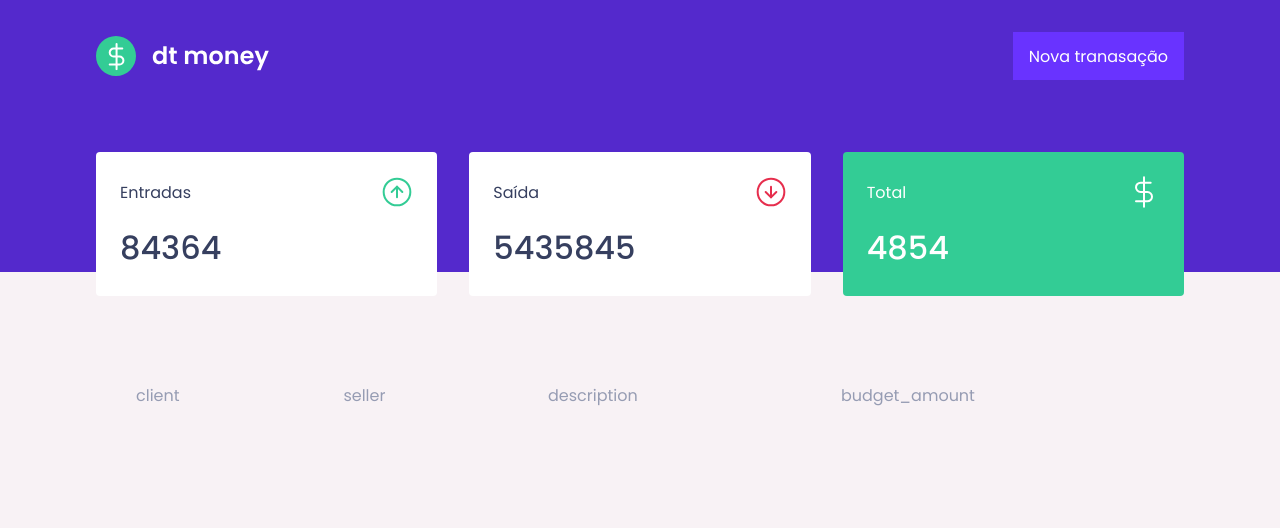
Repository: soualexandre/frentend-botOrcamentos
Page: /
An editor plug-in stored every save of this project. The page is shown before and after the next save, followed by the edit.
The browser window is 1280 px wide. The pictures show the whole page.
The page's requests for data from a server got no answer. The project was rebuilt for these pictures with package versions that can differ from the ones it lists, and the page was loaded fresh each time. No one was signed in, and anything a server would have sent is missing.

Above is the page before, as saved 2021-07-16 15:11:27.

### public/index.html
<!DOCTYPE html>
<html lang="en">
  <head>
    <link rel="preconnect" href="https://fonts.googleapis.com">
    <link rel="preconnect" href="https://fonts.gstatic.com" crossorigin>
    <meta charset="utf-8" />
    <meta name="viewport" content="width=device-width, initial-scale=1" />
    <link href="https://fonts.googleapis.com/css2?family=Poppins:wght@400;500;600&display=swap" rel="stylesheet">
    <link rel="stylesheet" href="favicon.png" type="image/png">
    <title>DtMoney</title>
  </head>
  <body>
    <noscript>You need to enable JavaScript to run this app.</noscript>
    <div id="root"></div>
  </body>
</html>

### src/App.tsx
import { Dashboard } from './components/Dashboard';
import { Header } from './components/Header';
import { GlobalStyle } from './styles/global'
import Modal from 'react-modal'
import { useState } from 'react';
import {NewTransactionModal} from './components/NewTransactionModal'
import { TransacticionsProvider } from './hooks/useTransactions';
Modal.setAppElement('#root');

export function App() {

  const [isNewTransactionModalOpen, setIsNewTransactionModalOpen] = useState(false);

  function hadleOpenNewTransactionModal() {
    setIsNewTransactionModalOpen(true)
  }
  function hadleCloseNewTransactionModal() {
    setIsNewTransactionModalOpen(false)
  }

  return (
    <TransacticionsProvider>
      <Header  onOpenNewTransactionModal={hadleOpenNewTransactionModal}/>
      <Dashboard />
      {/* <NewTransactionModal
      isOpen={isNewTransactionModalOpen}
      onRequestClose={hadleCloseNewTransactionModal}/> */}
      <GlobalStyle />
    </TransacticionsProvider>
  );
}

### src/components/Dashboard/index.tsx
import { Sumary } from "../Sumary";
import { TransactionsTable } from "../TransactionsTable";
import { Container } from "./styles";


export function Dashboard(){
    return(
       <Container>
          <Sumary/>
          <TransactionsTable/>
       </Container>
    );
}

### src/components/Header/index.tsx
import LogoImg from '../../assets/logo.svg'
import { Container, Content } from './styles'

interface HeaderProps{

    onOpenNewTransactionModal: () => void;
}


export function Header({onOpenNewTransactionModal} :HeaderProps ) {
    return (
        <Container>
            <Content>
                <img src={LogoImg} alt="dtMoney" />
                <button type="button" onClick={onOpenNewTransactionModal}>
                    Nova tranasação
                </button>
            </Content>
        </Container>
    );
}

### src/styles/global.ts
import { createGlobalStyle } from 'styled-components'


export const GlobalStyle = createGlobalStyle`

    :root{
        --background: #f8f2f5;

        --red: #e52e40;
        --blue: #5429cc;
        --green: #33cc95;
        --blue-light: #6933ff;

        --text-title: #363f5f;
        --text-body: #969cb3;

        --shape: #ffffff;

    }

    *{
        margin: 0;
        padding: 0;
        box-sizing: border-box;
    }
    html{
        @media (max-width: 1080px){
            font-size: 93.5%;
        }

    }

    body{
        background: var(--background);
        -webkit-font-smoothing: antialiased;
    }

    body, input, textarea, button{
        font-family: 'Poppins', sans-serif;
        font-weight: 400;
    }

    h1, h2, h3, h4, h5, h6, strong{
        font-weight: 600;
    }

    button{
        cursor: pointer;
    }
    [disable]{
        opacity: 0.6;
        cursor: not-allowed;
    }



    .react-modal-overlay{
        background: rgba(0, 0, 0, 0.3);
        position: fixed;
        top: 0;
        bottom: 0;
        right: 0;
        left: 0;

        display: flex;
        justify-content: center;
        align-items: center;
    }
    .react-modal-content{
        width: 100%;
        max-width: 576px;
        background: var(--background);
        padding: 3rem;
        position: relative;
        border-radius: 0.25rem;
    }
    .react-modal-close{
        position: absolute;
        right: 1.5rem;
        top: 1.5rem;
        border: 0;
        background: transparent;
        transition: filter 0.2s;
        &:hover{
            filter: brightness(0.8);
        }
    }
`;

### src/hooks/useTransactions.tsx
import {createContext, useEffect, useState, ReactNode, useContext} from 'react';
import { api } from "../services/api";


interface Transaction {
    id: number;
    client: string;
    seller: string;
    description: string;
    budget_amount: string;
}
interface TransactionsContextData{
    transactions: Transaction[];
    createTransaction: (transaction:TransactionInput) => Promise<void>;
}

type TransactionInput = Omit<Transaction, 'id' | 'createdAt'>;

interface TrabsactionsProviderProps{
    children: ReactNode;
}
 const TransactionsContext = createContext<TransactionsContextData>(
    {} as TransactionsContextData
    );


export function TransacticionsProvider({children} : TrabsactionsProviderProps){
    const [transactions, setTransactions] = useState<Transaction[]>([]);
    useEffect(() => {
        api.get('budget')
            .then(response => setTransactions(response.data))
    },[])
   async function createTransaction(transactionInput: TransactionInput){
      const response = await api.post('/transactions', {
        ...transactionInput,
        createdAt: new Date(),
    })

      const {transaction} = response.data;

      setTransactions([
          ...transactions,
          transaction,
      ])
    }

    return (
        <TransactionsContext.Provider value={{transactions, createTransaction}}>
            {children}
        </TransactionsContext.Provider>
    );
}

export function useTransactions(){
    const context = useContext(TransactionsContext);
    return context;
}

### src/components/Sumary/index.tsx
import { Container } from './styles'
import iconImg from '../../assets/income.svg'
import outcomeImg from '../../assets/outcome.svg'
import totalImg from '../../assets/total.svg'
import { useTransactions } from '../../hooks/useTransactions';

export function Sumary() {
    const { transactions } = useTransactions();



    return (
        <Container>
            <div>
                <header>
                    <p>Entradas</p>
                    <img src={iconImg} alt=" icon" />
                </header>
                <strong>
                 84364
                </strong>
            </div>
            <div>
                <header>
                    <p>Saída</p>
                    <img src={outcomeImg} alt="out icon" />
                </header>
                <strong >
                  5435845
                </strong>
            </div>
            <div className="highlightBackground">
                <header>
                    <p>Total</p>
                    <img src={totalImg} alt="Total icon" />
                </header>
                <strong>
                   4854
                </strong>
            </div>
        </Container >
    );
}

### src/components/transactionsTable/index.tsx
import { useTransactions } from "../../hooks/useTransactions";
import { Container } from './styles'


export function TransactionsTable() {
    const {transactions} = useTransactions();
    return (
        <Container>
            <table>
                <thead>
                    <tr>
                        <th>client</th>
                        <th>seller</th>
                        <th>description</th>
                        <th>budget_amount</th>
                    </tr>
                </thead>
                <tbody>
                    {transactions.map(transaction => (
                        <tr key={transaction.id}>
                            <td>{transaction.client}</td>
                            <td>
                           dsfgsdfg</td>
                            <td>dfgsdfgsdfg</td>
                            <td>
                            dfgsdfgdf
                            </td>
                        </tr>
                    ))}
                </tbody>
            </table>
        </Container>
    );
}

### src/components/Dashboard/styles.ts
import styled from 'styled-components'

export const Container = styled.header`
    max-width: 1120PX;
    margin:0 auto;
    padding: 2.5rem 1rem;



`;

### src/components/Header/styles.ts
import styled from 'styled-components'

export const Container = styled.header`
    background: var(--blue);

`;
export const Content = styled.header`
    background: var(--blue);
    max-width: 1120px;
    margin: 0 auto;
    padding: 2rem 1rem 12rem;

    display: flex;
    align-items: center;
    justify-content: space-between;
    button{
        font-size: 1rem;
        color: #fff;
        background: var(--blue-light);
        border: 0;
        padding:0.2rem;
        padding-left: 1rem;
        padding-right: 1rem;
        height: 3rem;

        transition: filter 0.2s;
        &:hover{
            filter: brightness(0.9);
        }

    }
`;

### src/services/api.ts
import axios from 'axios';

export const api = axios.create({
    baseURL: 'http://localhost:8000/api',
})

### src/components/Sumary/styles.ts
import styled from 'styled-components'


export const Container = styled.div`
    display: grid;
    grid-template-columns: repeat(3,1fr);
    gap: 2rem;
    margin-top: -10rem;

div{
    background: var(--shape);
    padding: 1.5rem;
    border-radius: 0.25rem;
    color: var(--text-title);

    &.highlightBackground{
        background: #33cc95;
        color: #fff;
    }
    header{
        display: flex;
        align-items: center;
        justify-content: space-between;
    }

    strong{
        display: block;
        margin-top: 1rem;
        font-size: 2rem;
        line-height: 3rem;
        font-weight: 500;
    }

}
`;

### src/components/transactionsTable/styles.ts
import styled from 'styled-components';


export const Container = styled.div`
    margin-top: 4rem;

    table{
        width: 100%;
        border-spacing: 0.5rem;

        th{
            color: var(--text-body);
            font-weight: 400;
            padding: 1rem 2rem;
            text-align: left;
            line-height: 1.5rem;
        }

        td{
            padding: 1rem 2rem;
            border: 0;
            background: var(--shape);
            color: var(--text-body);
            border-radius: 0.25rem;
            &.first-child{
                color: var(--text-title);
            }

            &.deposit{
                color: var(--green)
            }
            &.withdraw{
                color: var(--red)
            }
        }
    }
`;

Loaded but not shown: src/index.tsx (common file)

After the next save:
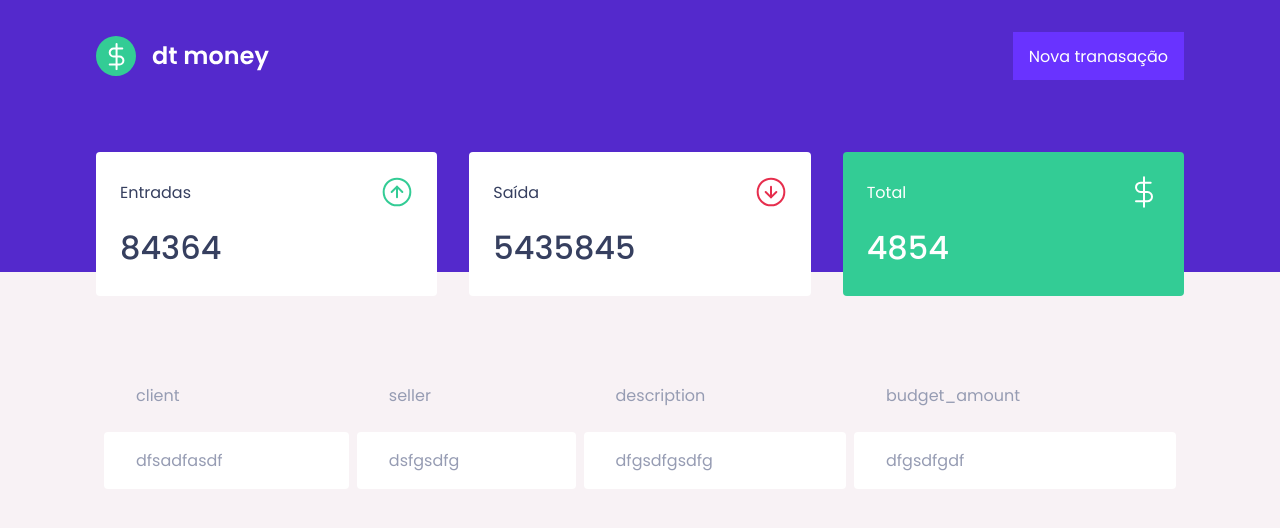
Saved 57 s later.
--- a/src/components/transactionsTable/index.tsx
+++ b/src/components/transactionsTable/index.tsx
@@ -4,6 +4,7 @@
 
 export function TransactionsTable() {
     const {transactions} = useTransactions();
+    console.log(transactions);
     return (
         <Container>
             <table>
@@ -16,9 +17,8 @@
                     </tr>
                 </thead>
                 <tbody>
-                    {transactions.map(transaction => (
-                        <tr key={transaction.id}>
-                            <td>{transaction.client}</td>
+                        <tr>
+                            <td>dfsadfasdf</td>
                             <td>
                            dsfgsdfg</td>
                             <td>dfgsdfgsdfg</td>
@@ -26,7 +26,6 @@
                             dfgsdfgdf
                             </td>
                         </tr>
-                    ))}
                 </tbody>
             </table>
         </Container>

After the save that followed:
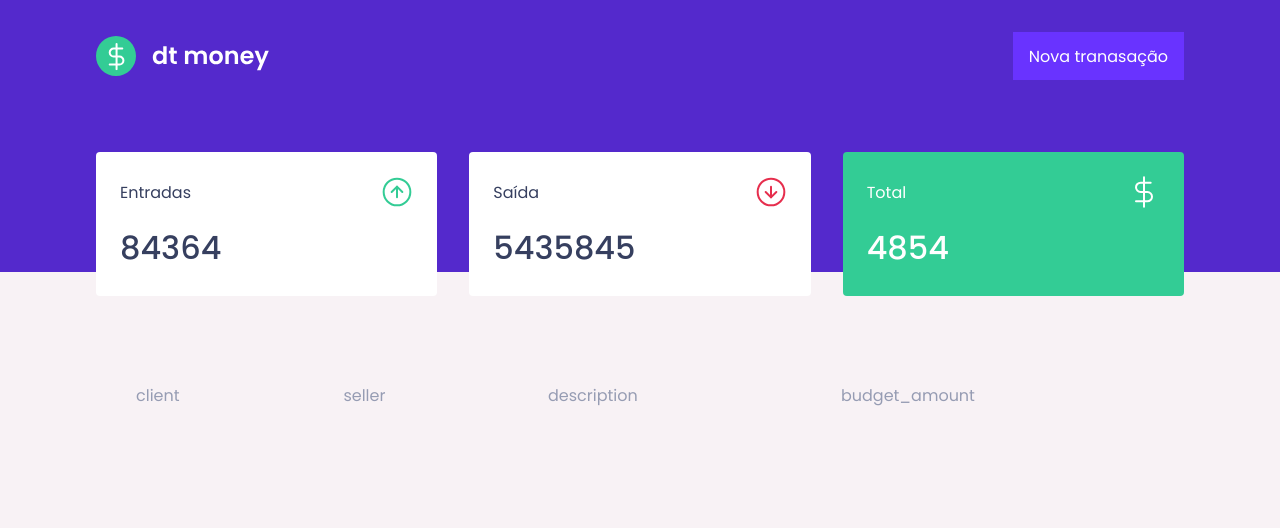
Saved 106 s later.
--- a/src/components/transactionsTable/index.tsx
+++ b/src/components/transactionsTable/index.tsx
@@ -4,7 +4,6 @@
 
 export function TransactionsTable() {
     const {transactions} = useTransactions();
-    console.log(transactions);
     return (
         <Container>
             <table>
@@ -17,8 +16,9 @@
                     </tr>
                 </thead>
                 <tbody>
-                        <tr>
-                            <td>dfsadfasdf</td>
+                    {transactions.map(transaction => (
+                        <tr key={transaction.id}>
+                            <td>{transaction}</td>
                             <td>
                            dsfgsdfg</td>
                             <td>dfgsdfgsdfg</td>
@@ -26,6 +26,7 @@
                             dfgsdfgdf
                             </td>
                         </tr>
+                    ))}
                 </tbody>
             </table>
         </Container>
